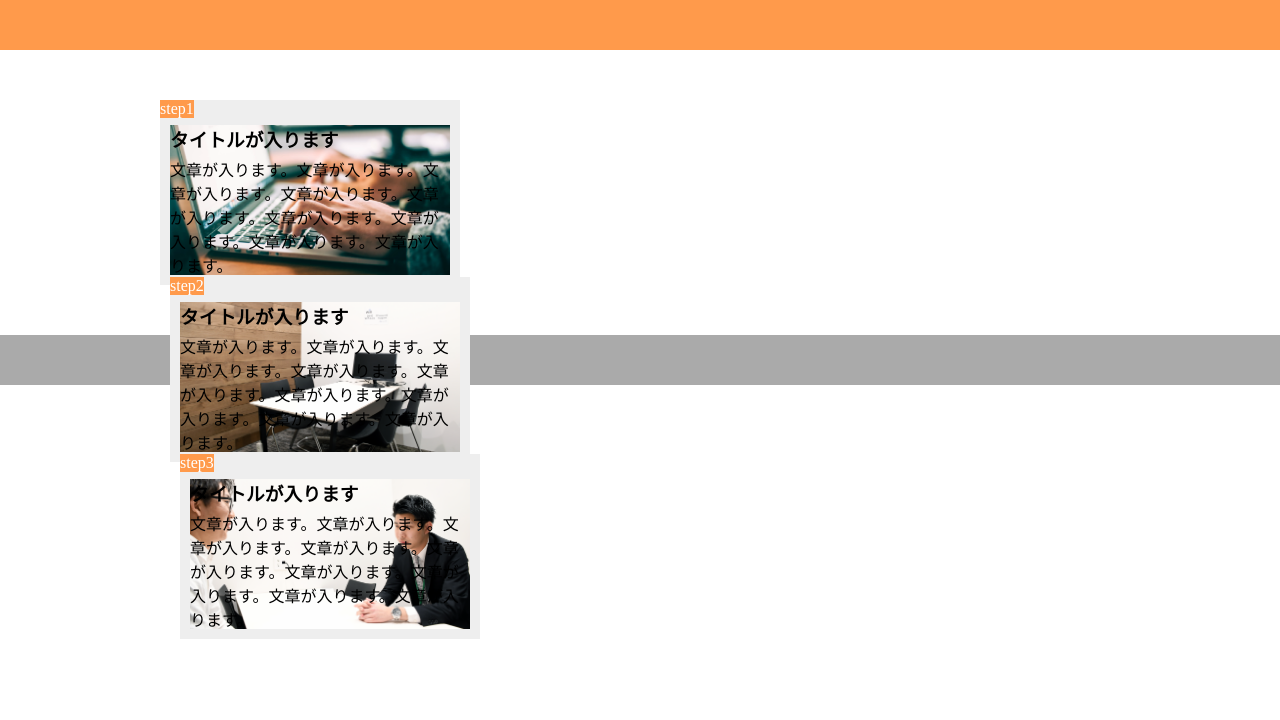
Repository: uchinokana/git-practiced
Page: 課題提出/sample.html
The author's editor kept a record of every edit. The page is drawn from the files as they stood at one moment, then again after the next edit.
The browser window is 1280 px wide. The pictures show the whole page.

Above is the page before.

### 課題提出/sample.html
<!DOCTYPE html>
<html lang="ja">
  <head>
    <meta charset="utf-8" />
    <title>提出課題</title>
    <link rel="stylesheet" href="style.css" />
  </head>
  <body>
    <header>
    </header>
    <main>
      <div class="step-box">
        <div class="step-img1"><div/>
        <span class="step-num">step1</span>
        <h3 class="title">タイトルが入ります</h3>
        <p>
           文章が入ります。文章が入ります。文章が入ります。文章が入ります。文章が入ります。文章が入ります。文章が入ります。文章が入ります。文章が入ります。

        </p>
      <div class="step-box">
        <div class="step-img2"><div/>
        <span class="step-num">step2</span>
        <h3 class="title">タイトルが入ります</h3>
        <p>
           文章が入ります。文章が入ります。文章が入ります。文章が入ります。文章が入ります。文章が入ります。文章が入ります。文章が入ります。文章が入ります。

        </p>
      </div>
      <div class="step-box">
        <div class="step-img3"><div/>
        <span class="step-num">step3</span>
        <h3 class="title">タイトルが入ります</h3>
        <p>
           文章が入ります。文章が入ります。文章が入ります。文章が入ります。文章が入ります。文章が入ります。文章が入ります。文章が入ります。文章が入ります。

        </p>
      </div>

    </main>
    <footer></footer>




  </body>
</html>

### 課題提出/style.css
* {
  box-sizing: border-box;
  margin: 0;
  padding: 0;
}

header {
  height: 50px;
  background-color: #ff9a4b;
}

main {
  width: 960px;
  margin: 50px auto;
  display: block;
}

.step-box {
  width: 300px;
  margin-right: 30px;
  padding: 10px;
  position: relative;
  background-color: #eee;
}

.step-box:last-child {
  margin-right: 0;
}

.step-img1 {
  height: 150px;
  background-image: url(img/flow01.png);
  background-position: bottom;
  background-size: cover;
}

.step-img2 {
  height: 150px;
  background-image: url(img/flow02.png);
  background-position: bottom;
  background-size: cover;
}

.step-img3 {
  height: 150px;
  background-image: url(img/flow03.png);
  background-position: bottom;
  background-size: cover;
}

.step-num {
  position: absolute;
  top: 0;
  left: 0;
  background-color: #ff9a4b;
  color: #fff;
}

.title {
  margin: 15px 0 5px;
}

footer {
  height: 50px;
  background-color: #aaa;
}

@media screen and (max-width: 768px) {
  header {
  width: 100%
}
.step-box {
  width: 100%;
}
main {
  width: 100%;
  display: block;

}
}

After the next edit:
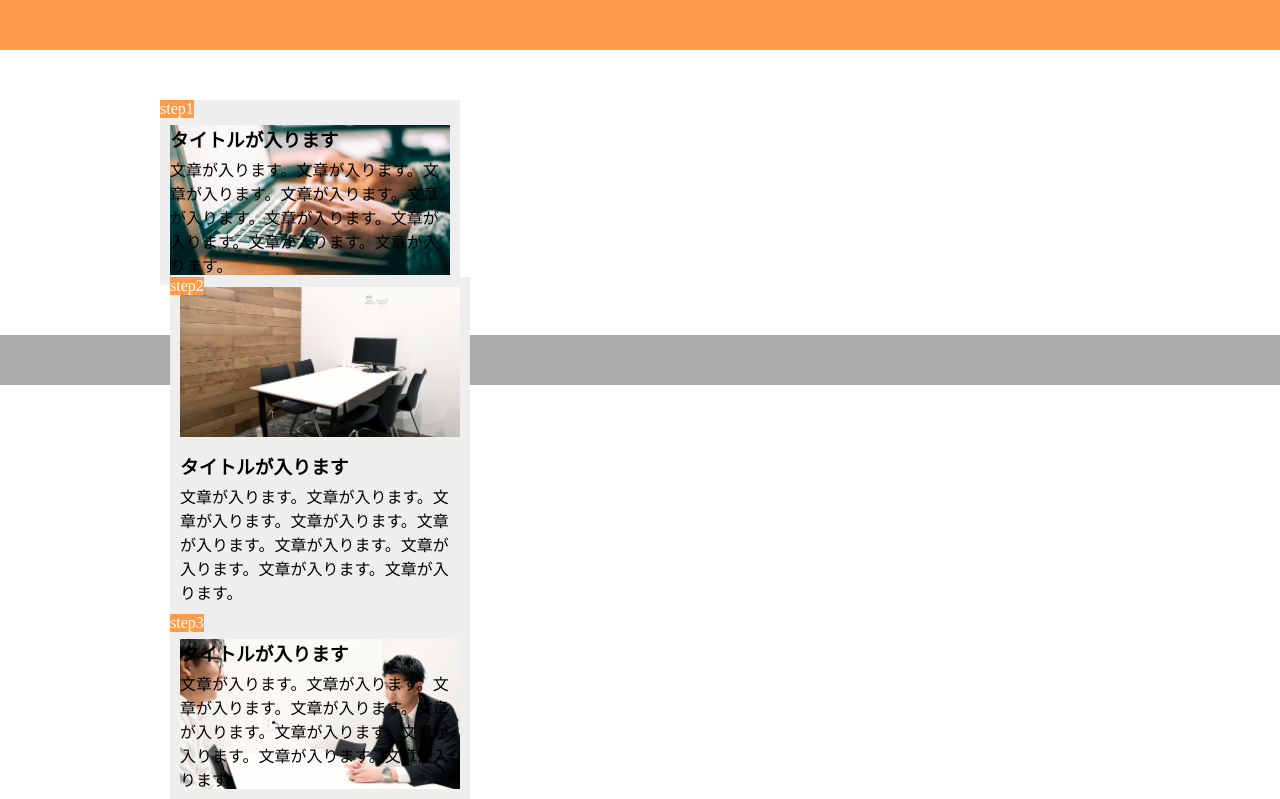
The edit:
--- a/課題提出/sample.html
+++ b/課題提出/sample.html
@@ -18,7 +18,7 @@
 
         </p>
       <div class="step-box">
-        <div class="step-img2"><div/>
+        <div class="step-img2"></div>
         <span class="step-num">step2</span>
         <h3 class="title">タイトルが入ります</h3>
         <p>

After the 2 edits that followed:
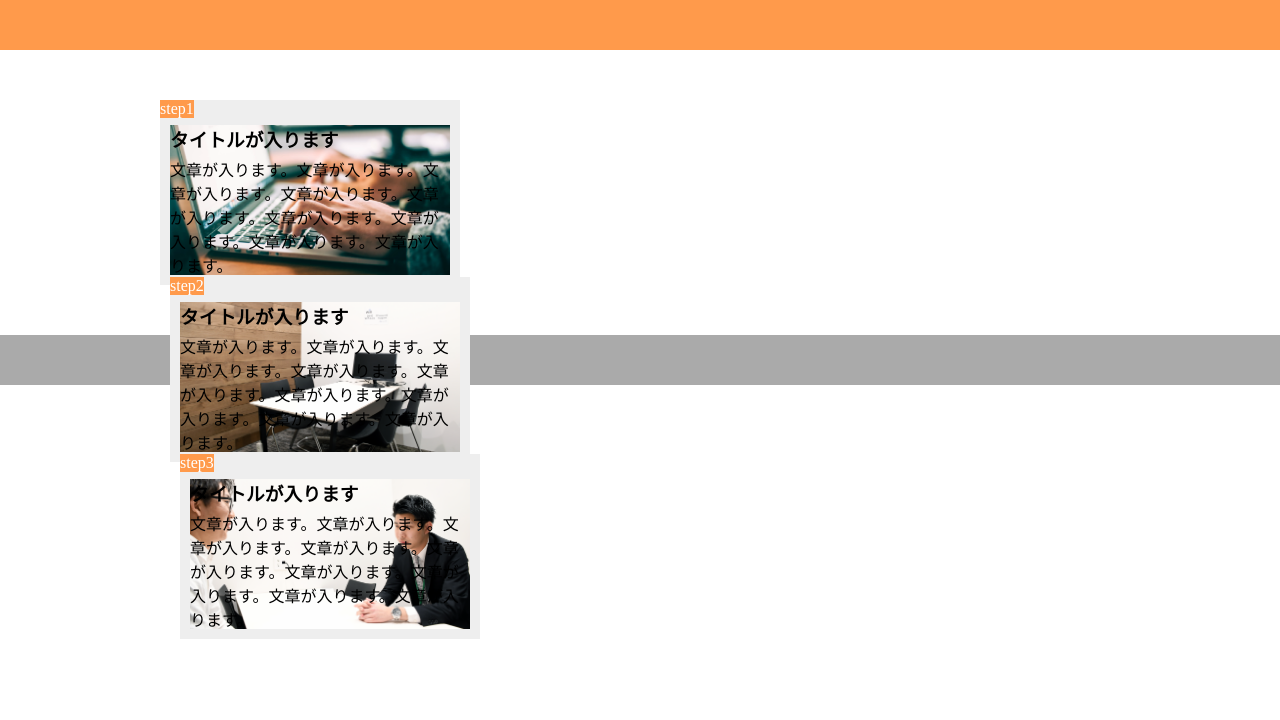
The 2 edits are shown as one change because 1 left the picture as it was.
The edit:
--- a/課題提出/sample.html
+++ b/課題提出/sample.html
@@ -10,7 +10,7 @@
     </header>
     <main>
       <div class="step-box">
-        <div class="step-img1"><div/>
+        <div class="step-img1">
         <span class="step-num">step1</span>
         <h3 class="title">タイトルが入ります</h3>
         <p>
@@ -18,7 +18,7 @@
 
         </p>
       <div class="step-box">
-        <div class="step-img2"></div>
+        <div class="step-img2"><div/>
         <span class="step-num">step2</span>
         <h3 class="title">タイトルが入ります</h3>
         <p>
